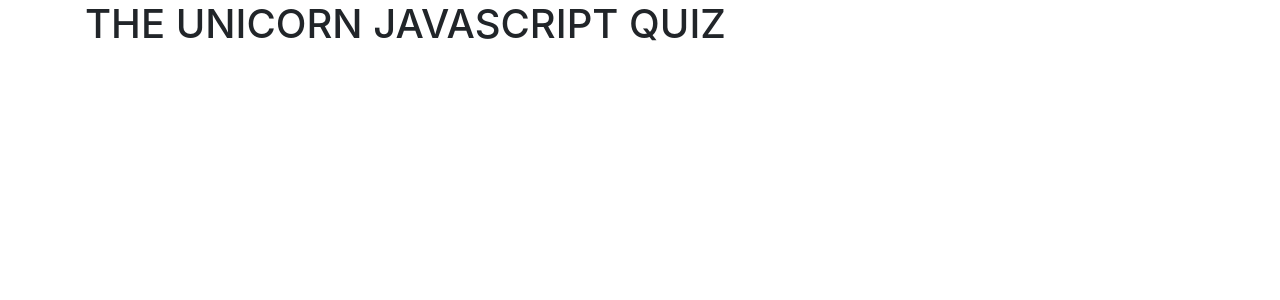
Repository: CharlotteAneriksson/donutQuiz
Page: index.html
The author's editor kept a record of every edit. The page is drawn from the files as they stood at one moment, then again after the next edit.
The browser window is 1280 px wide. The pictures show the whole page.

Above is the page before.

### index.html
<!DOCTYPE html>
<html lang="en">
<head>
    <meta charset="UTF-8">
    <meta name="viewport" content="width=device-width, initial-scale=1.0">
    <meta http-equiv="X-UA-Compatible" content="ie=edge">
    <title>JavaScript Quiz</title>

    <link href="https://fonts.googleapis.com/css?family=Roboto+Mono&display=swap" rel="stylesheet">
    <link rel="stylesheet" href="https://stackpath.bootstrapcdn.com/bootstrap/4.3.1/css/bootstrap.min.css" type="text/css" />
    <script type="text/javascript" src="scripts/script.js"></script>
</head>
<body>
    <div class="container">
        <header>
            <h1 class="text-uppercase">the unicorn javascript quiz</h1>
        </header>
    </div>
</body>
</html>

### css/style.css
body{
    margin: 0;
    padding: 0;
    width:100vh;
    background-color:#e9e9e9;
}

main{

}

Loaded but not shown: scripts/script.js (no stored copy; drawn as an empty file)

After the next edit:
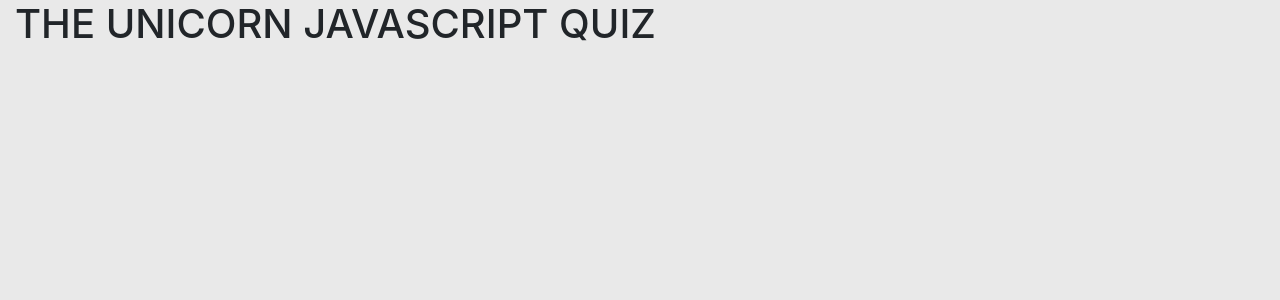
The edit:
--- a/index.html
+++ b/index.html
@@ -8,6 +8,7 @@
 
     <link href="https://fonts.googleapis.com/css?family=Roboto+Mono&display=swap" rel="stylesheet">
     <link rel="stylesheet" href="https://stackpath.bootstrapcdn.com/bootstrap/4.3.1/css/bootstrap.min.css" type="text/css" />
+    <link rel="stylesheet" href="css/style.css" type="text/css" >
     <script type="text/javascript" src="scripts/script.js"></script>
 </head>
 <body>
